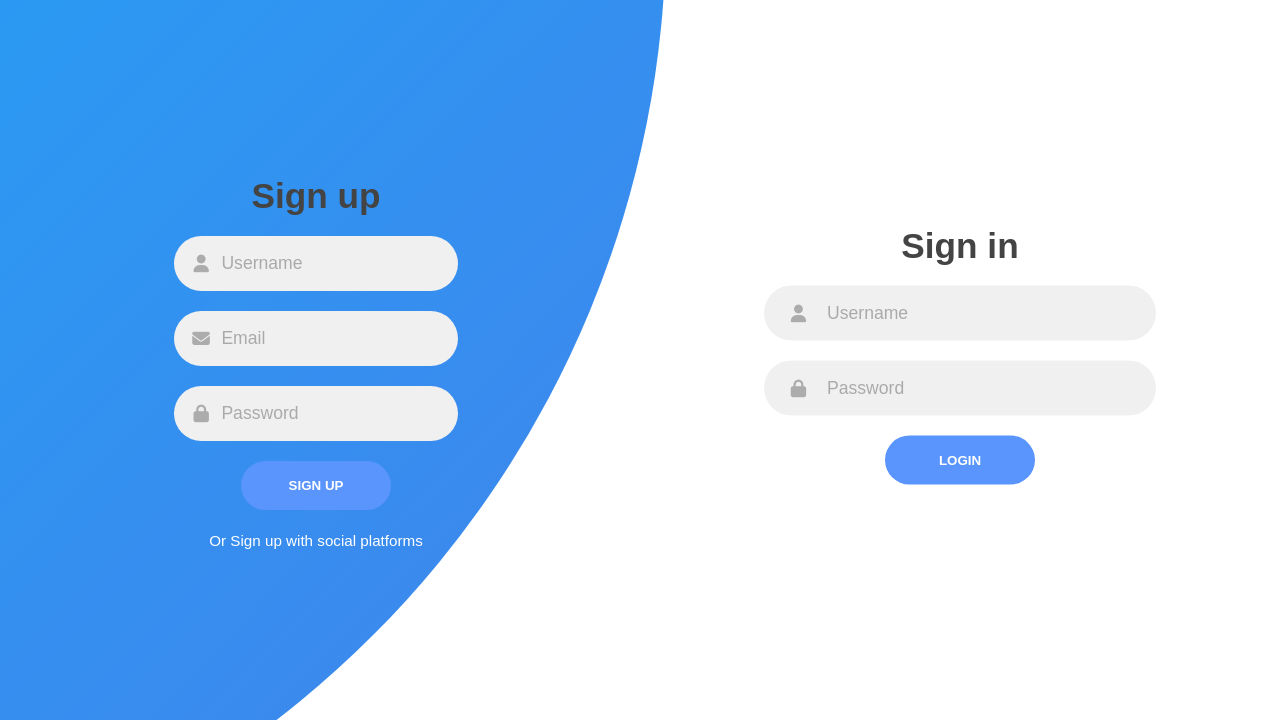
Repository: sarfaraz1611/NitteMovie.github.io
Page: login.html
An editor plug-in stored every save of this project. The page is shown before and after the next save, followed by the edit.
The browser window is 1280 px wide. The pictures show the whole page.
Some web libraries are served in a nearby version.

Above is the page before, as saved 2022-07-15 23:32:20.

After the next save:
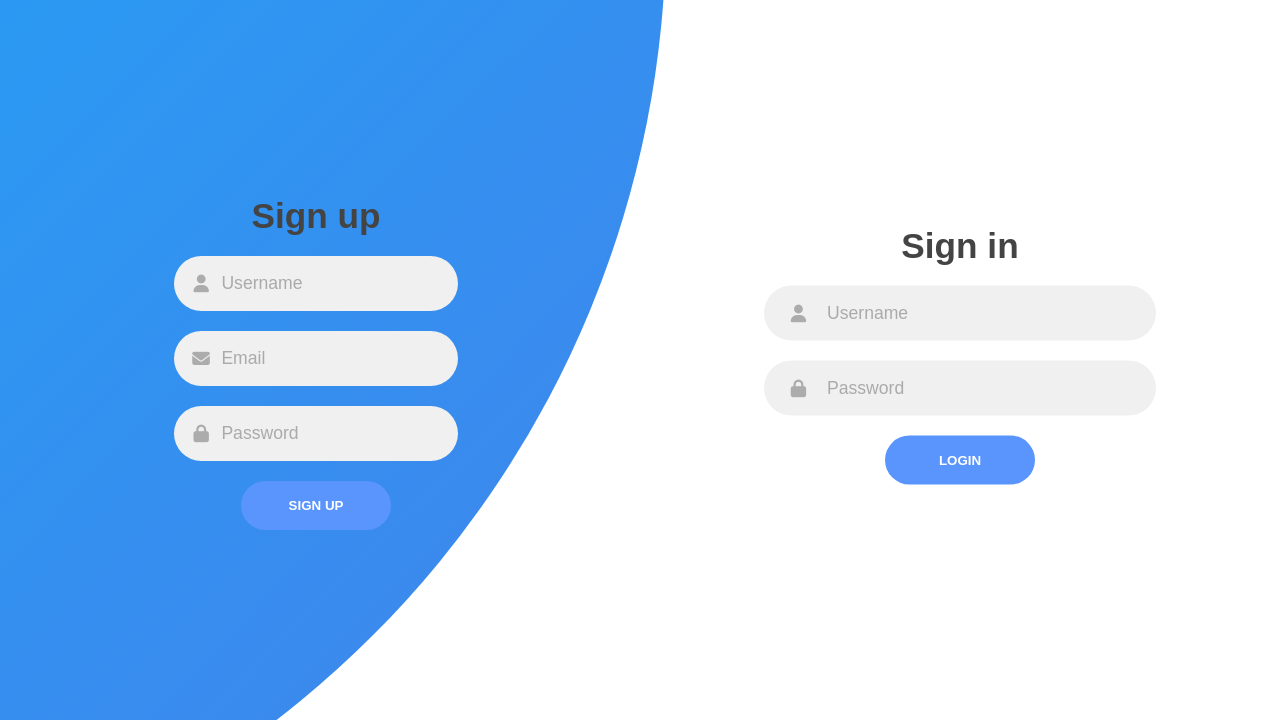
Saved 18 s later.
--- a/login.html
+++ b/login.html
@@ -64,7 +64,7 @@
                   <input type="password" placeholder="Password" />
                 </div>
                 <input type="submit" class="btn" value="Sign up" />
-                <p class="social-text">Or Sign up with social platforms</p>
+
 
               </form>
 
